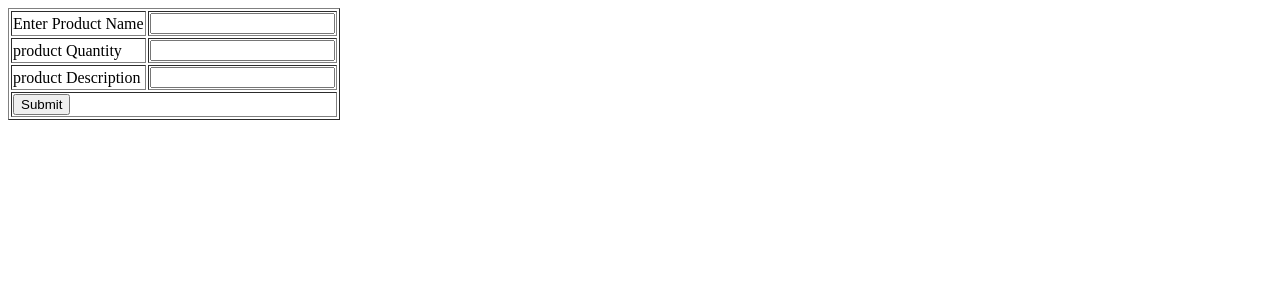
Repository: sameer17github/demo
Page: Exam/WebContent/index1.html
An editor plug-in stored every save of this project. The page is shown before and after the next save, followed by the edit.
The browser window is 1280 px wide. The pictures show the whole page.

Above is the page before, as saved 2019-12-19 09:27:25.

### Exam/WebContent/index1.html
<!DOCTYPE html>
<html>
<head>
<meta charset="ISO-8859-1">
<title>Insert title here</title>
</head>
<body>
<form action="save.jsp">
<table border='1'>


<tr>
<td>Enter Product Name</td>
<td><input type="text" name="pname"></td>
</tr>


<tr>
<td>product Quantity</td>
<td><input type="number" name="pquan"></td>
</tr>

<tr>
<td>product Description</td>
<td><input type="text" name="pdis"></td>
</tr>

<tr>
<td colspan=2>
<input type="submit">
</td>
</table>
</form>
</body>
</html>

After the next save:
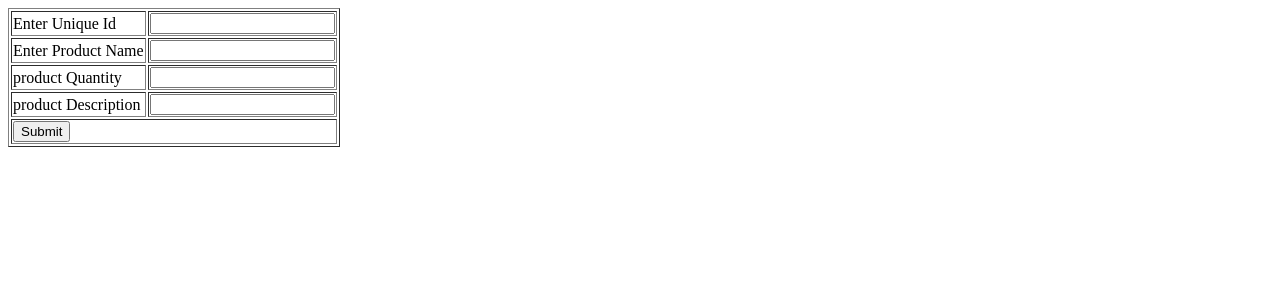
Saved 3 min 30 s later.
--- a/Exam/WebContent/index1.html
+++ b/Exam/WebContent/index1.html
@@ -7,6 +7,12 @@
 <body>
 <form action="save.jsp">
 <table border='1'>
+
+
+<tr>
+<td>Enter Unique Id</td>
+<td><input type="number" name="pid"></td>
+</tr>
 
 
 <tr>
